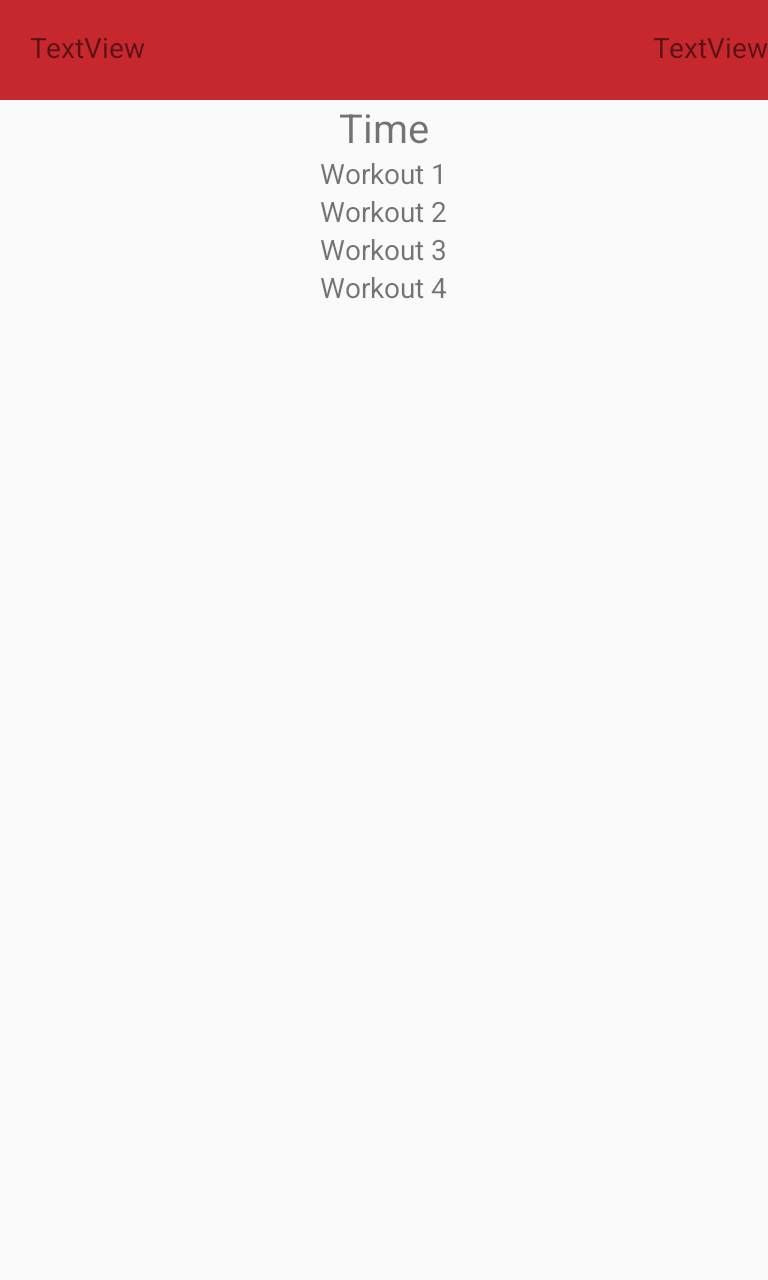
Repository: hackathon-2014/devdroid-repo
Layout: HealthyCompetition/res/layout/battlefield_layout.xml
An editor plug-in stored every save of this project. The layout is shown before and after the next save, followed by the edit.
It is drawn on a 768 x 1280 px phone screen (xhdpi) without system bars, with theme AppTheme; the app's code is not run.

Above is the layout before, as saved 2014-08-23 18:55:24.

### HealthyCompetition/res/layout/battlefield_layout.xml
<?xml version="1.0" encoding="utf-8"?>
<LinearLayout xmlns:android="http://schemas.android.com/apk/res/android"
    android:layout_width="match_parent"
    android:layout_height="match_parent"
    android:orientation="vertical" >

    <RelativeLayout
        android:id="@+id/relative_layout_versus"
        android:layout_width="match_parent"
        android:layout_height="wrap_content" >

        <ImageView
            android:id="@+id/versus_image"
            android:layout_width="match_parent"
            android:layout_height="50dp"
            android:background="@color/light_red" />

        <TextView
            android:id="@+id/time_view"
            android:layout_width="wrap_content"
            android:layout_height="wrap_content"
            android:layout_below="@+id/versus_image"
            android:layout_centerHorizontal="true"
            android:text="Time"
            android:textSize="20dp" />

        <TextView
            android:id="@+id/player_one_name"
            android:layout_width="wrap_content"
            android:layout_height="wrap_content"
            android:layout_alignParentLeft="true"
            android:layout_alignParentTop="true"
            android:layout_marginLeft="15dp"
            android:layout_marginTop="14dp"
            android:text="TextView" />

        <TextView
            android:id="@+id/player_two_name"
            android:layout_width="wrap_content"
            android:layout_height="wrap_content"
            android:layout_alignBaseline="@+id/player_one_name"
            android:layout_alignBottom="@+id/player_one_name"
            android:layout_alignParentRight="true"
            android:layout_alignParentTop="true"
            android:text="TextView" />

    </RelativeLayout>

    <RelativeLayout
        android:id="@+id/workout_layout_one"
        android:layout_width="match_parent"
        android:layout_height="wrap_content"
        android:orientation="vertical" >

        <TextView
            android:id="@+id/workout_one"
            android:layout_width="wrap_content"
            android:layout_height="wrap_content"
            android:layout_centerHorizontal="true"
            android:text="Workout 1" />
    </RelativeLayout>

    <RelativeLayout
        android:id="@+id/workout_layout_two"
        android:layout_width="match_parent"
        android:layout_height="wrap_content"
        android:orientation="vertical" >

        <TextView
            android:id="@+id/workout_two"
            android:layout_width="wrap_content"
            android:layout_height="wrap_content"
            android:layout_centerHorizontal="true"
            android:text="Workout 2" />
    </RelativeLayout>

    <RelativeLayout
        android:id="@+id/workout_layout_three"
        android:layout_width="match_parent"
        android:layout_height="wrap_content"
        android:orientation="vertical" >

        <TextView
            android:id="@+id/workout_three"
            android:layout_width="wrap_content"
            android:layout_height="wrap_content"
            android:layout_centerHorizontal="true"
            android:text="Workout 3" />
    </RelativeLayout>

    <RelativeLayout
        android:id="@+id/workout_layout_four"
        android:layout_width="match_parent"
        android:layout_height="wrap_content"
        android:orientation="vertical" >

        <TextView
            android:id="@+id/workout_four"
            android:layout_width="wrap_content"
            android:layout_height="wrap_content"
            android:layout_centerHorizontal="true"
            android:text="Workout 4" />
    </RelativeLayout>

</LinearLayout>

### HealthyCompetition/res/values/color.xml
<?xml version="1.0" encoding="utf-8"?>
<resources>
    <color name= "light_red">#C7282E</color>
</resources>

Loaded but not shown: HealthyCompetition/res/values/styles.xml (common file); HealthyCompetition/res/values-v11/styles.xml (common file); HealthyCompetition/res/values-v14/styles.xml (common file)

After the next save:
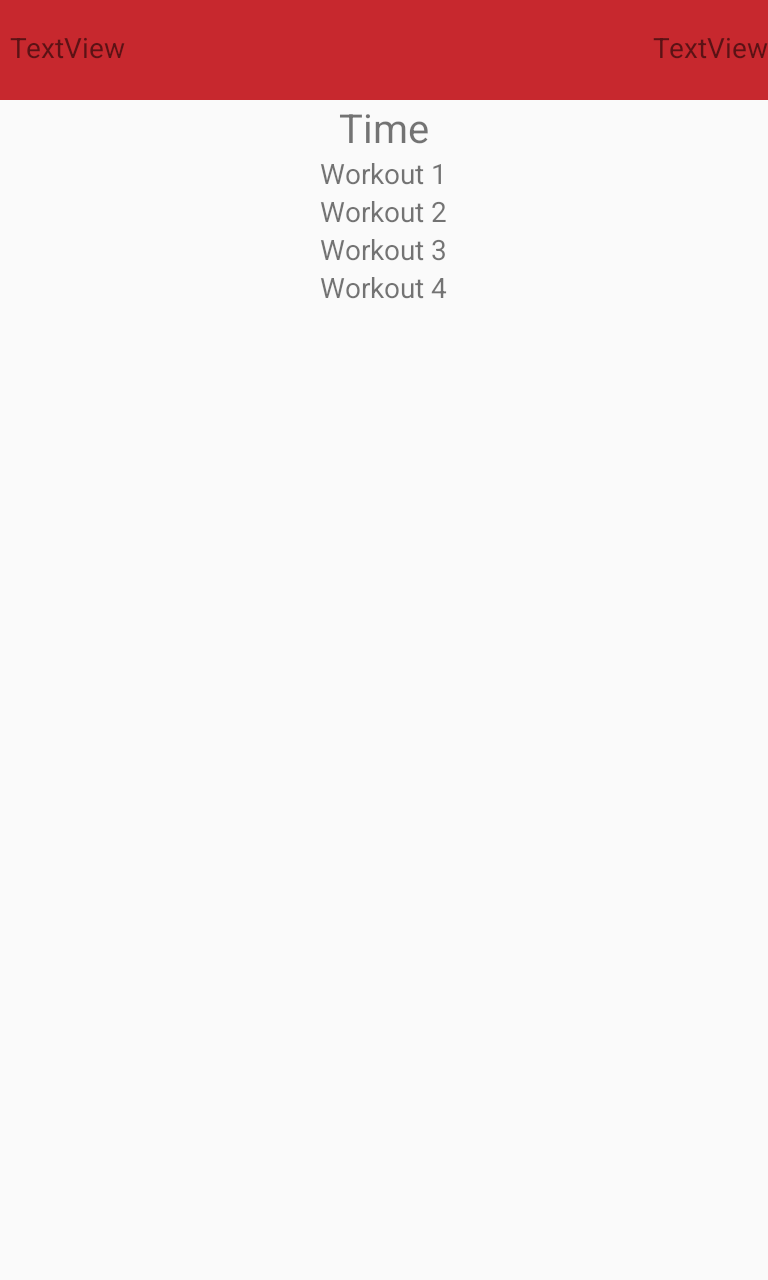
Saved 12 s later.
--- a/HealthyCompetition/res/layout/battlefield_layout.xml
+++ b/HealthyCompetition/res/layout/battlefield_layout.xml
@@ -30,7 +30,7 @@
             android:layout_height="wrap_content"
             android:layout_alignParentLeft="true"
             android:layout_alignParentTop="true"
-            android:layout_marginLeft="15dp"
+            android:layout_marginLeft="5dp"
             android:layout_marginTop="14dp"
             android:text="TextView" />
 
